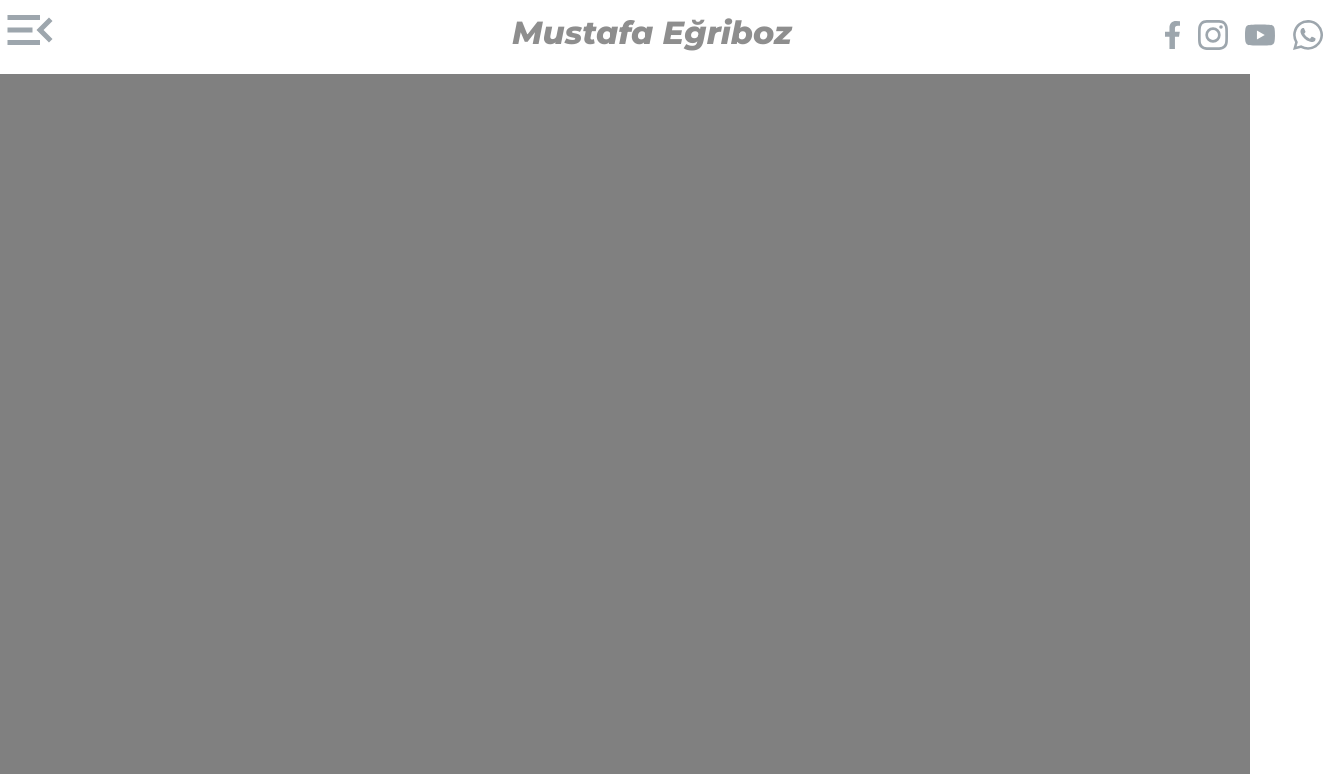
Repository: CengoCengo/m.e-gallery-web-site
Page: index.html
These files come from the project's save history. The page is drawn as it stood at one moment and after the next save; the edit follows.
The browser window is 1280 px wide. The page is 1323 px wide, then 1280 px, so the pictures cover 1323 px, including what lies to the right of the window. The pictures show the whole page.

Above is the page before, as saved 2021-02-06 15:20:47.
Console error: TypeError: Cannot read properties of null (reading 'style')

### index.html
<!DOCTYPE html>
<html lang="en">
  <head>
    <meta charset="UTF-8" />
    <meta name="viewport" content="width=device-width, initial-scale=1.0" />
    <link rel="stylesheet" href="styles/style.css" />
    <link rel="preconnect" href="https://fonts.gstatic.com" />
    <link
      href="https://fonts.googleapis.com/css2?family=Montserrat:ital,wght@1,800&display=swap"
      rel="stylesheet"
    />

    <title>Mustafa Eğriboz</title>
  </head>
  <body>
    <!-- Navigator -->
    <div class="menu-container">
      <img
        id="icon-menu"
        src="images/icon/menu_open-black-18dp.svg"
        alt="icon-menu"

      />
      <h1>Mustafa Eğriboz</h1>

      <div class="social-media-container icon-social">
        <a class="icon-social" href=""
          ><img alt="Qries" src="images/icon/facebook-f-brands.svg" width=15"
          height="70"></a
        >

        <a class="icon-social" href=""
          ><img alt="Qries" src="images/icon/instagram-brands.svg" width=30"
          height="70"></a
        >

        <a class="icon-social"  href=""
          ><img alt="Qries" src="images/icon/youtube-brands.svg" width=30"
          height="70"></a
        >

        <a class="icon-social" href=""
          ><img alt="Qries" src="images/icon/whatsapp-brands.svg" width=30"
          height="70"></a
        >
      </div>
    </div>

    <!-- Slider -->

    <div class="slider-container">
      <div class="slider"></div>
    </div>

    <script type="text/javascript" src="js/script.js"></script>
  </body>
</html>

### styles/style.css
*{
    margin: 0;
    padding: 0;
    font-family:  'Montserrat', sans-serif;
    font-weight: lighter;



}

.main-container{
    width: 100%;
}

.menu-container{
    display: inline-block;
    position: relative;
    width: 100%;
    height: auto;



}

#icon-menu{
    display: inline-block;
    width: 60px;
    height: auto;
    margin-bottom: 10px;



}

.menu-container h1{
    display: inline-block;
    position: absolute;
    margin-top: 1%;
    left: 40%;
    color:#8e8e8e;

}

.social-media-container{
    display: inline;
    position: relative;
    width: 100%;
    left: 84%;



}

.icon-social{
    margin-left: 1%;
}




.slider{
    background-color: grey;
    width: 1250px;
    height: 700px;

}

### js/script.js
var x = document.querySelector("p");
x.style.backgroundColor = "red";

After the next save:
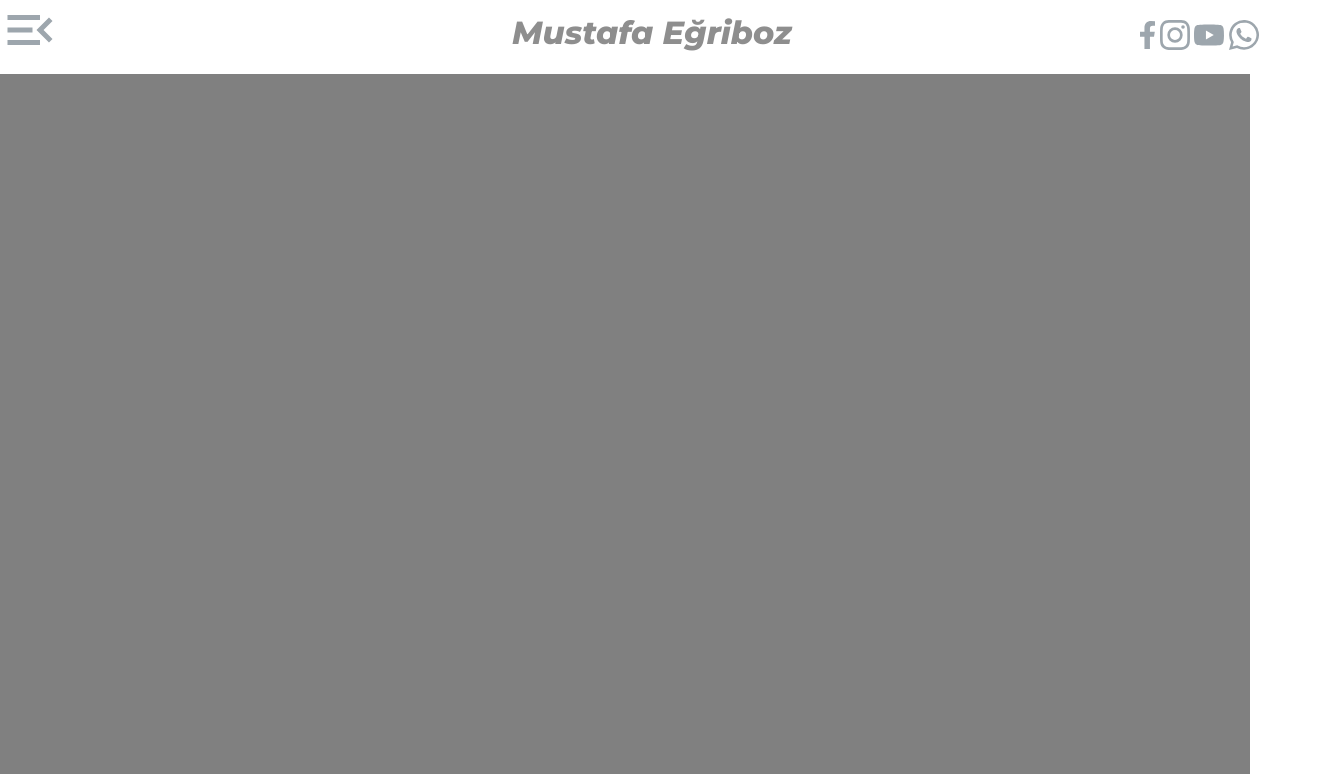
Saved 7 s later.
--- a/styles/style.css
+++ b/styles/style.css
@@ -52,7 +52,7 @@
 }
 
 .icon-social{
-    margin-left: 1%;
+    margin-left: 0,5%;
 }
 
 
